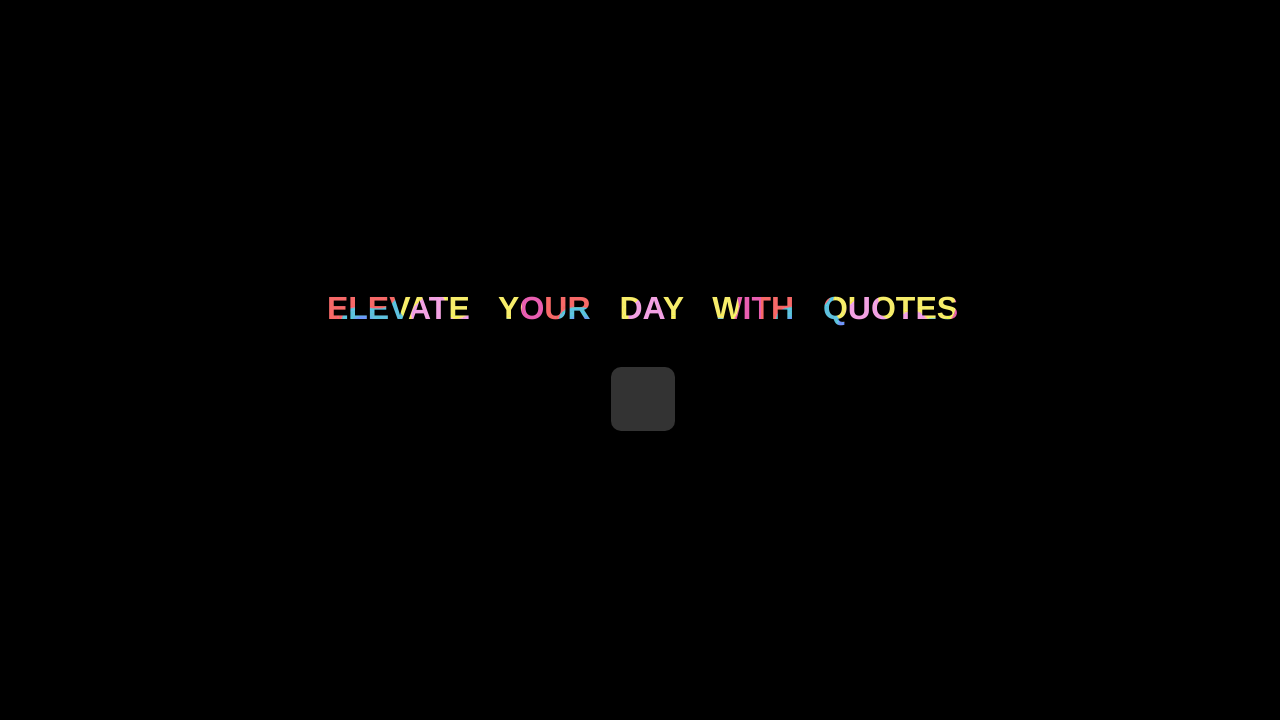
Repository: Bhavik-Sanghar/Quote-app
Page: /
An editor plug-in stored every save of this project. The page is shown before and after the next save, followed by the edit.
The browser window is 1280 px wide. The pictures show the whole page.
The page's requests for data from a server got no answer. The project was rebuilt for these pictures with package versions that can differ from the ones it lists, and the page was loaded fresh each time. No one was signed in, and anything a server would have sent is missing. Also part of the build but not shown: src/styles.css.

Above is the page before, as saved 2023-08-18 15:27:20.

After the next save:
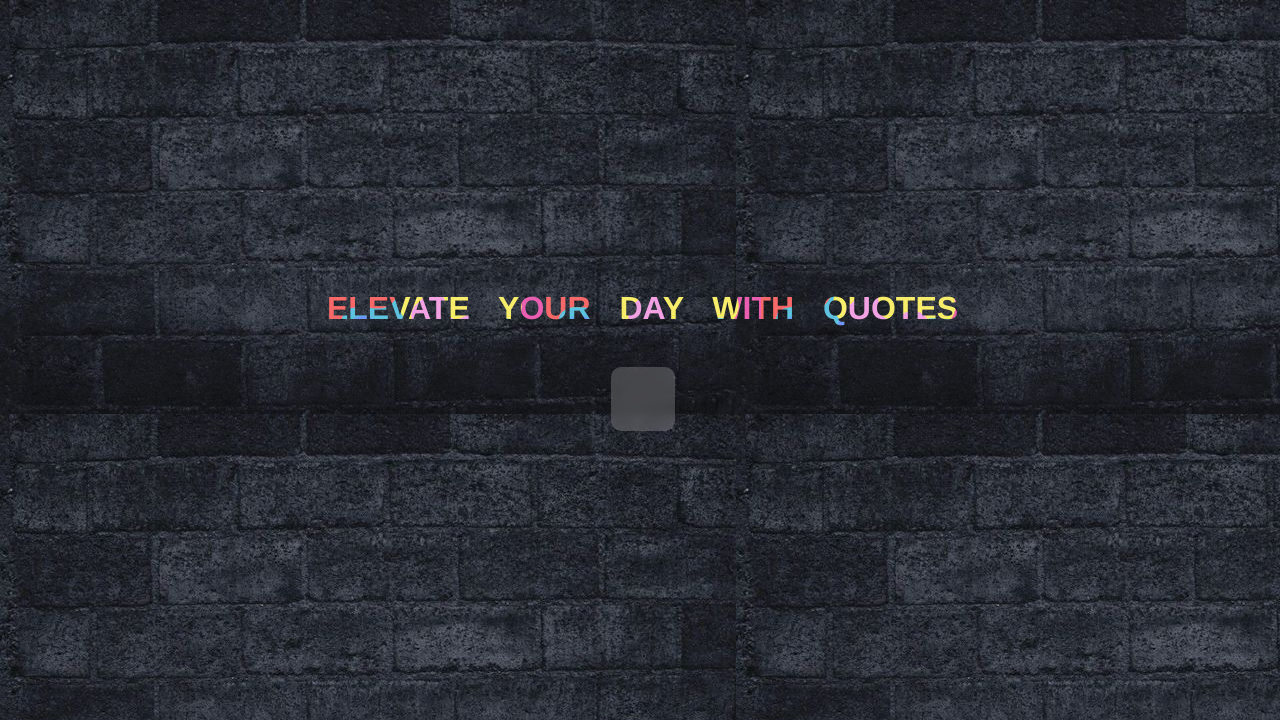
Saved 13 s later.
--- a/src/components/New.css
+++ b/src/components/New.css
@@ -7,7 +7,7 @@
   align-items: center;
   min-height: 100vh;
   background-color : black;
-  background-image: url(./bg.jpg) no-repeat;
+  background-image: url(./bg.jpg) ;
   transition: background-image 0.5s ease-in-out; /* Add transition for smooth image change */
   color : white;
 }
